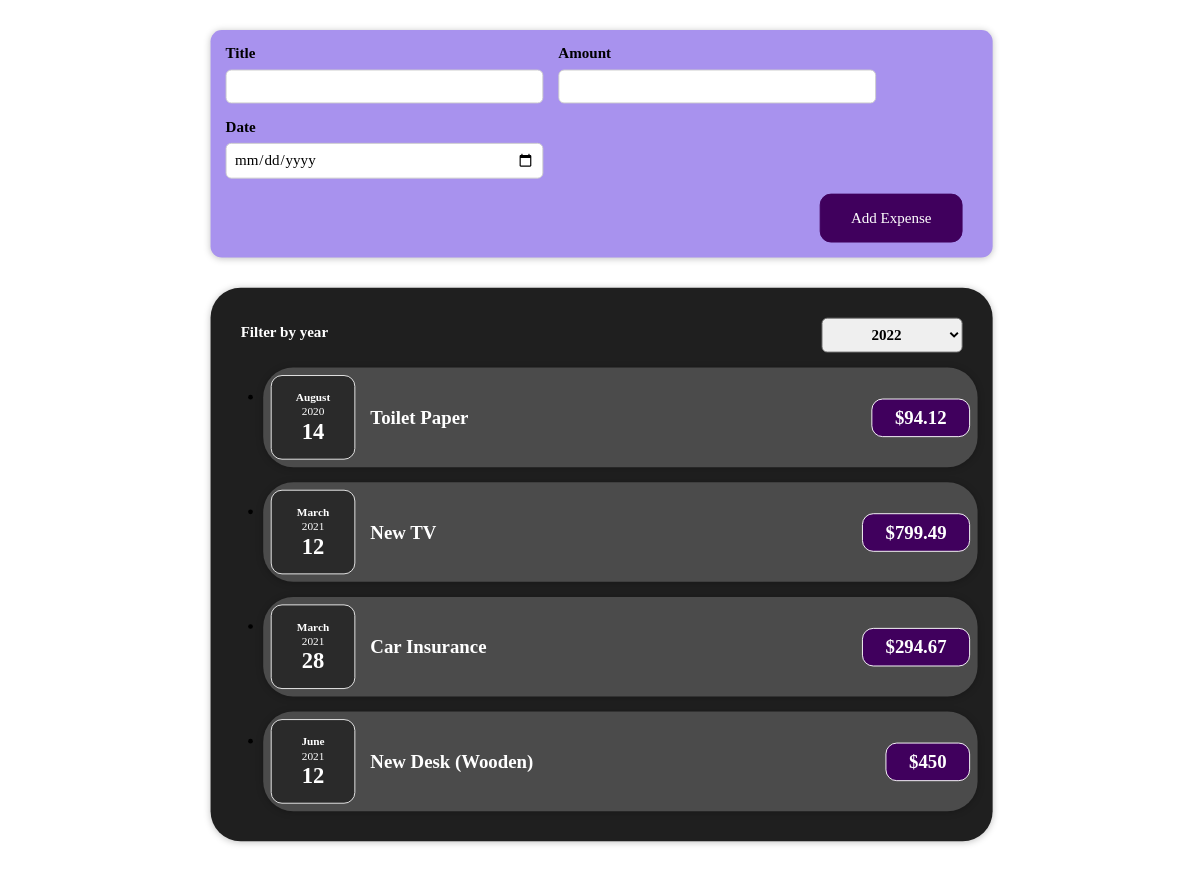
Repository: waniArif/Expenses-tracker
Page: /
The author's editor kept a copy of each file at every save. The page is drawn from the files as they stood at one save, then again after the next save.
The browser window is 1280 px wide. The pictures show the whole page, at 94% of full size.
The project was rebuilt for these pictures with package versions that can differ from the ones it lists, and the page was loaded fresh each time.

Above is the page before, as saved 2021-06-11 14:51:34.

### src/App.js
import React from "react";
import Expenses from "./components/Expenses/Expenses";
import NewExpense from "./components/NewExpense/NewExpense";

function App() {
  const expenses = [
    {
      id: "e1",
      title: "Toilet Paper",
      amount: 94.12,
      date: new Date(2020, 7, 14),
    },
    { id: "e2", title: "New TV", amount: 799.49, date: new Date(2021, 2, 12) },
    {
      id: "e3",
      title: "Car Insurance",
      amount: 294.67,
      date: new Date(2021, 2, 28),
    },
    {
      id: "e4",
      title: "New Desk (Wooden)",
      amount: 450,
      date: new Date(2021, 5, 12),
    },
  ];

  const addExpenseHandler = (expense) => {
    console.log(expense, "in App.js");
  };

  return (
    <div>
      <NewExpense onAddExpense={addExpenseHandler} />
      <Expenses items={expenses} />
    </div>
  );
}

export default App;

### src/components/Expenses/Expenses.js
import React, { useState } from "react";

import ExpenseItem from "./ExpenseItem";
import Card from "../UI/Card";
import "./Expenses.css";
import ExpenseFilter from "./ExpenseFilter";

const Expenses = (props) => {
  const [filteredYear, setFilteredYear] = useState("");

  const handleFilterYearChange = (selectedYear) => {
    setFilteredYear(selectedYear);
  };
  return (
    <div>
      <Card className="expenses">
        <ExpenseFilter
          selected={filteredYear}
          onYearChange={handleFilterYearChange}
        />
        {props.items.map((item) => {
          const { id, title, amount, date } = item;
          return (
            <ul>
              <li key={id}>
                <ExpenseItem
                  key={id}
                  title={title}
                  amount={amount}
                  date={date}
                />
              </li>
            </ul>
          );
        })}
      </Card>
    </div>
  );
};

export default Expenses;

### src/components/NewExpense/NewExpense.js
import React from "react";

import ExpenseForm from "./ExpenseForm";

import "./NewExpense.css";

const NewExpense = (props) => {
  const saveExpenseDataHandler = (enteredExpenseData) => {
    const expenseData = {
      ...enteredExpenseData,
      id: new Date().getMilliseconds().toString(),
    };
    props.onAddExpense(expenseData);
  };
  return (
    <div className="new-expense">
      <ExpenseForm onSaveExpenseData={saveExpenseDataHandler} />
    </div>
  );
};

export default NewExpense;

### src/components/Expenses/ExpenseFilter.js
import React from "react";

import "./ExpenseFilter.css";

const ExpenseFilter = (props) => {
  const handleChange = (e) => {
    props.onYearChange(e.target.value);
  };
  return (
    <div className="expenses-filter">
      <div className="expenses-filter__control">
        <label>Filter by year</label>
        <select value={props.selected} onChange={handleChange}>
          <option value="2022">2022</option>
          <option value="2021">2021</option>
          <option value="2020">2020</option>
          <option value="2019">2019</option>
        </select>
      </div>
    </div>
  );
};

export default ExpenseFilter;

### src/components/NewExpense/ExpenseForm.js
import React, { useState } from "react";

import "./ExpenseForm.css";
const ExpenseForm = (props) => {
  const [enteredTitle, setEnteredTitle] = useState("");
  const [enteredAmount, setEnteredAmount] = useState("");
  const [enteredDate, setEnteredDate] = useState("");

  const handleTitleChange = (e) => {
    setEnteredTitle(e.target.value);
  };
  const handleAmountChange = (e) => {
    setEnteredAmount(e.target.value);
  };
  const handleDateChange = (e) => {
    setEnteredDate(e.target.value);
  };

  const handleSubmit = (e) => {
    e.preventDefault();
    const expenseData = {
      title: enteredTitle,
      amount: enteredAmount,
      date: new Date(enteredDate),
    };
    setEnteredTitle("");
    setEnteredAmount("");
    setEnteredDate("");
    props.onSaveExpenseData(expenseData);
  };

  return (
    <form onSubmit={handleSubmit}>
      <div className="new-expense__controls">
        <div className="new-expense__control">
          <label htmlFor="title">Title</label>
          <input
            type="text"
            name="title"
            id="title"
            value={enteredTitle}
            onChange={handleTitleChange}
          />
        </div>
        <div className="new-expense__control">
          <label htmlFor="amount">Amount</label>
          <input
            onChange={handleAmountChange}
            type="number"
            name="number"
            id="number"
            min="0.01"
            step="0.01"
            value={enteredAmount}
          />
        </div>
        <div className="new-expense__control">
          <label htmlFor="date">Date</label>
          <input
            onChange={handleDateChange}
            type="date"
            name="date"
            id="date"
            min="2019-01-01"
            max="2025-12-31"
            value={enteredDate}
          />
        </div>
      </div>
      <div className="new-expense__actions">
        <button type="submit">Add Expense</button>
      </div>
    </form>
  );
};

export default ExpenseForm;

### src/components/NewExpense/NewExpense.css
.new-expense {
  background-color: #a892ee;
  padding: 1rem;
  margin: 2rem auto;
  width: 50rem;
  max-width: 95%;
  border-radius: 12px;
  text-align: center;
  box-shadow: 0 1px 8px rgba(0, 0, 0, 0.25);
}

.new-expense button {
  font: inherit;
  cursor: pointer;
  padding: 1rem 2rem;
  border: 1px solid #40005d;
  background-color: #40005d;
  color: white;
  border-radius: 12px;
  margin-right: 1rem;
}

.new-expense button:hover,
.new-expense button:active {
  background-color: #510674;
  border-color: #510674;
}

.new-expense button.alternative {
  color: #220131;
  border-color: transparent;
  background-color: transparent;
}

.new-expense button.alternative:hover,
.new-expense button.alternative:active {
  background-color: #ddb3f8;
}

### src/components/Expenses/ExpenseItem.css
.expense-item {
  display: flex;
  justify-content: space-between;
  align-items: center;
  padding: 0.5rem;
  margin: 1rem 0;
  background-color: #4b4b4b;
}

.expense-item__description {
  display: flex;
  flex-direction: column;
  gap: 1rem;
  align-items: flex-end;
  flex-flow: column-reverse;
  justify-content: flex-start;
  flex: 1;
}

.expense-item h2 {
  color: #3a3a3a;
  font-size: 1rem;
  flex: 1;
  margin: 0 1rem;
  color: white;
}

.expense-item__price {
  font-size: 1rem;
  font-weight: bold;
  color: white;
  background-color: #40005d;
  border: 1px solid white;
  padding: 0.5rem;
  border-radius: 12px;
}

@media (min-width: 580px) {
  .expense-item__description {
    flex-direction: row;
    align-items: center;
    justify-content: flex-start;
    flex: 1;
  }

  .expense-item__description h2 {
    font-size: 1.25rem;
  }

  .expense-item__price {
    font-size: 1.25rem;
    padding: 0.5rem 1.5rem;
  }
}

### src/components/UI/Card.css
.card {
  border-radius: 2rem;
  box-shadow: 0 1px 8px rgba(0, 0, 0, 0.25);
}

Loaded but not shown: public/index.html (common file); src/index.js (common file); src/components/Expenses/ExpenseItem.js (common file); src/components/UI/Card.js (common file); src/components/Expenses/Expenses.css (common file); src/components/Expenses/ExpenseDate.js (common file); src/components/Expenses/ExpenseFilter.css (common file); src/components/NewExpense/ExpenseForm.css (common file); src/components/Expenses/ExpenseDate.css (common file)

After the next save:
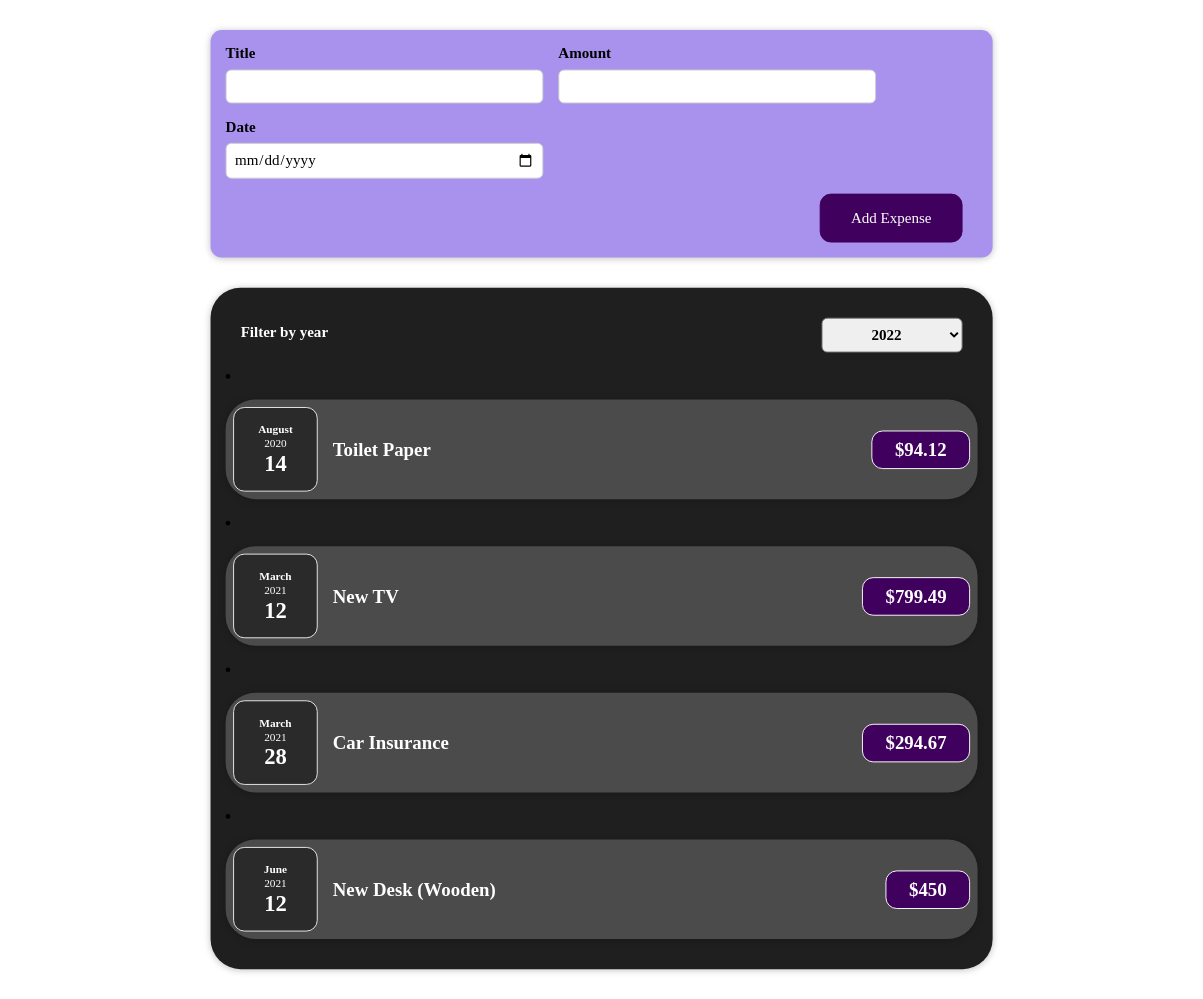
Saved 4 min 53 s later.
--- a/src/components/Expenses/Expenses.js
+++ b/src/components/Expenses/Expenses.js
@@ -21,16 +21,9 @@ const Expenses = (props) => {
         {props.items.map((item) => {
           const { id, title, amount, date } = item;
           return (
-            <ul>
-              <li key={id}>
-                <ExpenseItem
-                  key={id}
-                  title={title}
-                  amount={amount}
-                  date={date}
-                />
-              </li>
-            </ul>
+            <li key={id}>
+              <ExpenseItem key={id} title={title} amount={amount} date={date} />
+            </li>
           );
         })}
       </Card>
